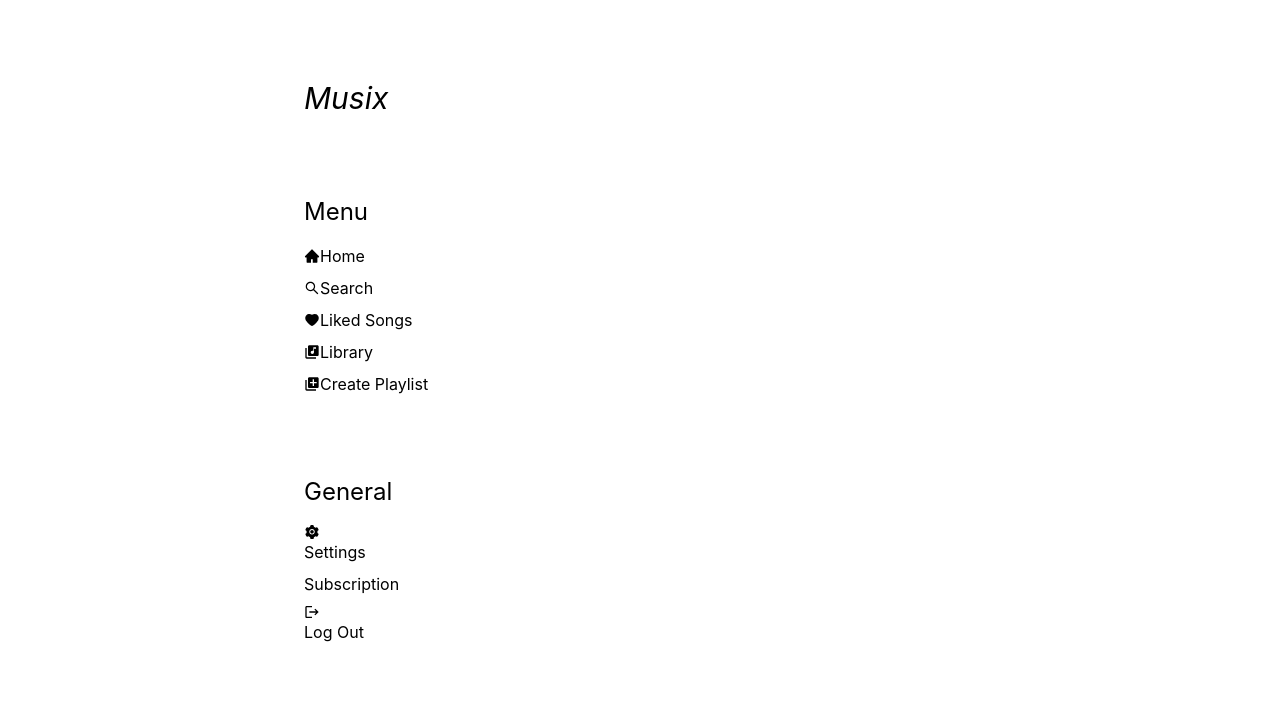
Repository: brandford7/music-player
Page: /
The author's editor kept a copy of each file at every save. The page is drawn from the files as they stood at one save, then again after a run of saves.
The browser window is 1280 px wide. The pictures show the whole page.
The project was rebuilt for these pictures with package versions that can differ from the ones it lists, and the page was loaded fresh each time. The framework's server and built-in components were replaced by stand-ins that run in the browser. Also part of the build but not shown: next.config.js.

Above is the page before, as saved 2022-11-18 11:27:44.

After the next 2 saves:
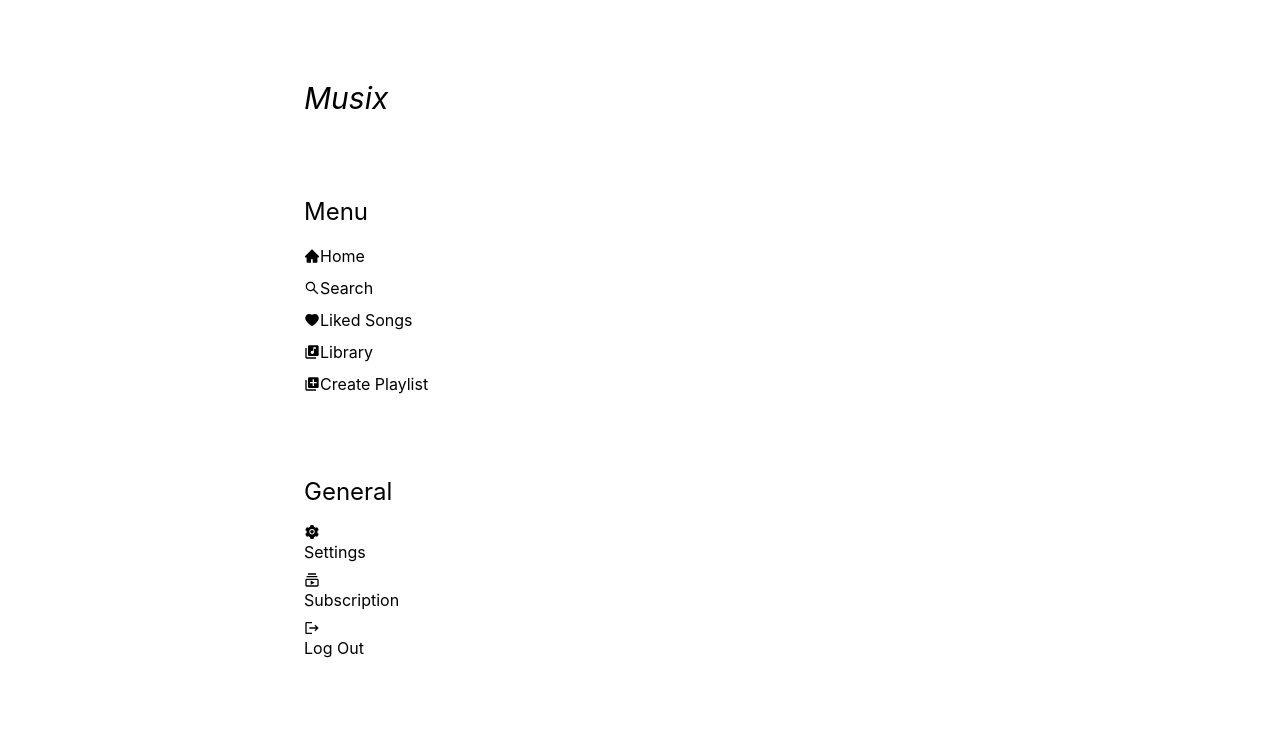
The 2 saves are shown as one change because 1 did not build or start.
The last was saved 72 s later.
--- a/components/Sidebar.jsx
+++ b/components/Sidebar.jsx
@@ -5,7 +5,7 @@ import {
   AiFillHeart,
   AiFillSetting,
 } from "react-icons/ai";
-import { MdLibraryMusic, MdLibraryAdd, MdLogout } from "react-icons/md";
+import { MdLibraryMusic, MdLibraryAdd, MdLogout, MdOutlineSubscriptions } from "react-icons/md";
 
 const Sidebar = () => {
   return (
@@ -42,7 +42,7 @@ const Sidebar = () => {
         <h2 className="mb-4 text-2xl">General</h2>
         <ul className="space-y-2">
           <li><AiFillSetting/>Settings</li>
-          <li>Subscription</li>
+          <li><MdOutlineSubscriptions/>Subscription</li>
           <li><MdLogout/>Log Out</li>
         </ul>
       </section>
